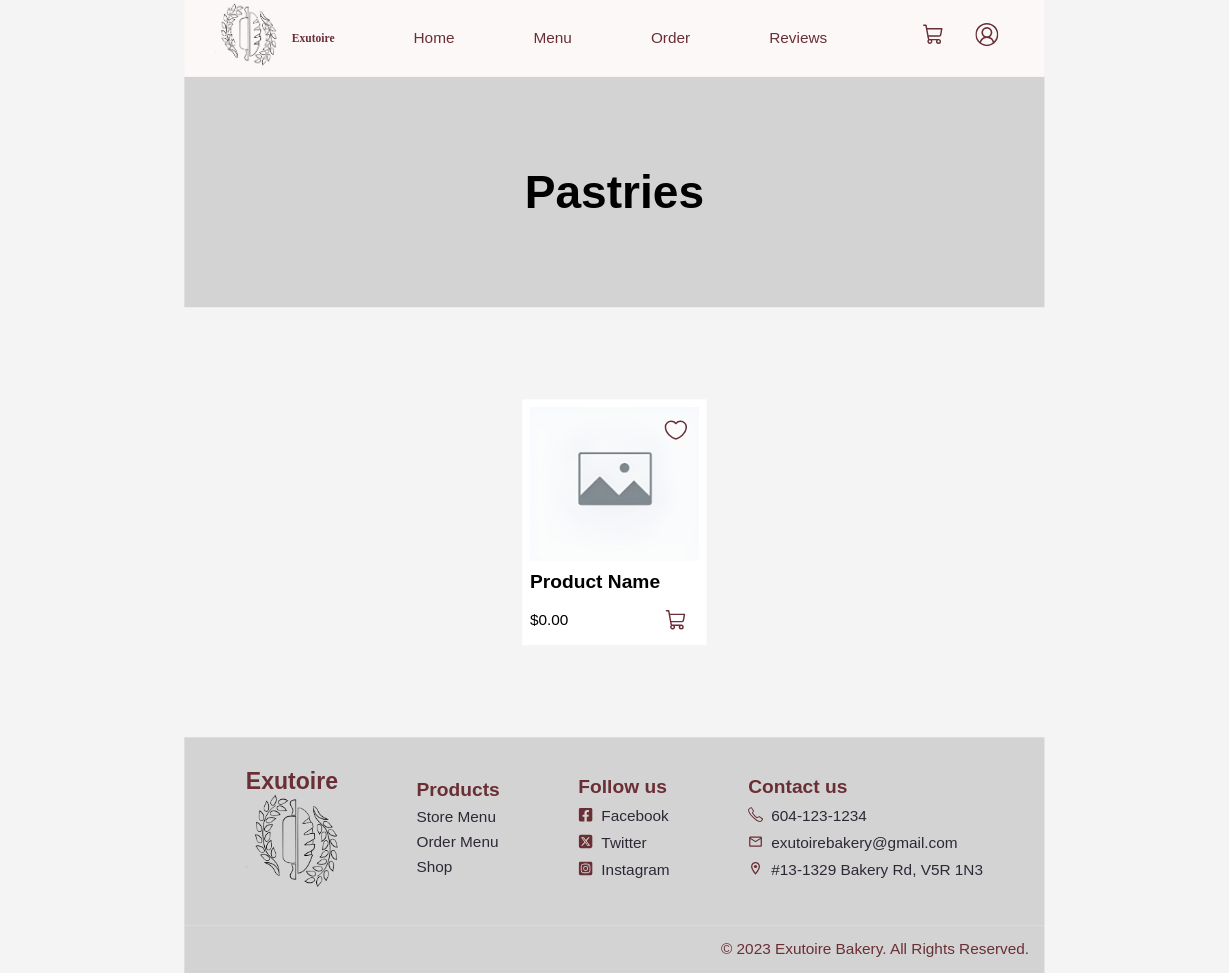
Repository: MelissaJacobi/COMP3170-final-proj
Page: /menu/pastries
An editor plug-in stored every save of this project. The page is shown before and after the next save, followed by the edit.
The browser window is 1280 px wide. The pictures show the whole page, at 96% of full size.
The project was rebuilt for these pictures with package versions that can differ from the ones it lists, and the page was loaded fresh each time. Also part of the build but not shown: vite.config.js, src/pages/ShoppingCart.module.css, src/components/ShoppingCartCard.module.css, src/components/ShoppingCartCard.jsx, src/components/OrderTotal.jsx, src/pages/ShoppingCart.jsx, src/pages/Profile.module.css, src/pages/Profile.jsx and 34 more.

Above is the page before, as saved 2024-11-09 19:40:29.

### src/main.jsx
import { StrictMode } from 'react'
import { createRoot } from 'react-dom/client'
import App from './App.jsx'
import './index.css'

const rootElement = document.getElementById('root');
if (rootElement) {
  createRoot(rootElement).render(
    <StrictMode>
      <App />
    </StrictMode>
  );
}

### src/App.jsx
import { BrowserRouter as Router, Routes, Route } from 'react-router-dom';
import styles from './App.module.css';
import Header from './components/Header';
import Footer from './components/Footer';
import Home from './pages/Home';
import Menu from './pages/menu';
import Bread from './pages/Bread';
import Pastries from './pages/Pastries';
import Cakes from './pages/Cakes';
import Drinks from './pages/Drinks';
import Seasonal from './pages/Seasonal';
import OrderPickUp from './pages/OrderPickUp';
import OrderDelivery from './pages/OrderDelivery';
import ShoppingCart from './pages/ShoppingCart';
import Profile from './pages/Profile';
import Reviews from './pages/Reviews';
import Favourites from './pages/Favourites';

function App() {
  return (
    <Router>
      <div className={styles.appContainer}>
        <Header />
        <Routes>
          <Route path="/" element={<Home />} />
          <Route path="/menu" element={<Menu />} />
          <Route path="/menu/bread" element={<Bread />} />
          <Route path="/menu/pastries" element={<Pastries />} />
          <Route path="/menu/cakes" element={<Cakes />} />
          <Route path="/menu/drinks" element={<Drinks />} />
          <Route path="/menu/seasonal" element={<Seasonal />} />
          <Route path="/orderpickup" element={<OrderPickUp />} />
          <Route path="/orderdelivery" element={<OrderDelivery />} />
          <Route path="/shoppingcart" element={<ShoppingCart/>}/>
          <Route path="/profile" element={<Profile />}/>
          <Route path="/Reviews" element={<Reviews />}/>
          <Route path="/Favourites" element={<Favourites />} />
        </Routes>
        <Footer />
      </div>
    </Router>
  );
}

export default App;

### src/index.css
* {
  margin: 0;
  padding: 0;
  box-sizing: border-box;
}

body {
  font-family: Arial, sans-serif;
  line-height: 1.6;
  background-color: #f4f4f4;
}

:root {
  --primary-color: lightgrey;
  --secondary-color: lightblue;
  --accent-color: #6A2E35;
  --background-color: white;
  --text-color: #2E2836;
}

### src/App.module.css
.appContainer {
    width: 70%;
    height: 100%;
    margin: auto;
}

### src/components/Header.jsx
// Header.tsx
import { Link, Route, Router, Routes } from 'react-router-dom';
import styles from './Header.module.css';
import logo from "../assets/images/logo.png";
import { PiShoppingCart } from "react-icons/pi";
import { VscAccount } from "react-icons/vsc";
import OverallCart from '../pages/ShoppingCart';
import Profile from '../pages/Profile';

export default function Header() {
  return (
    <div className={styles.container}>
      <div>
        <Link to ="/"><img src={logo} alt="Logo" className={styles.logo} /></Link>
        <p className={styles.siteTitle}>Exutoire</p>
      </div>
      <Link to="/" className={styles.links}>Home</Link>
      <Link to="/Menu" className={styles.links}>Menu</Link>
      <Link to="/OrderPickUp" className={styles.links}>Order</Link>
      <Link to="/Reviews" className={styles.links}>Reviews</Link>
      <div>
        <Link to="/ShoppingCart">
          <PiShoppingCart className={styles.icon} />
        </Link>
        <Link to="/Profile">
          <VscAccount className={styles.icon} />
        </Link>
      </div>
    </div>
  );
}

### src/components/Footer.tsx
import logo from "../assets/images/logo.png"
import styles from "./Footer.module.css"
import { FaFacebookSquare } from "react-icons/fa";
import { FaSquareXTwitter } from "react-icons/fa6";
import { FaInstagramSquare } from "react-icons/fa";
import { SlPhone } from "react-icons/sl";
import { MdOutlineMailOutline } from "react-icons/md";
import { MdOutlineLocationOn } from "react-icons/md";

export default function Footer() {

  return (
    <>
      <div className={styles.container}>
        <div>
            <p className={styles.siteTitle}>Exutoire</p>
            <img src={logo} alt="Logo" className={styles.logo}/>
        </div>
        <ul>
          <p>Products</p>
          <li>Store Menu</li>
          <li>Order Menu</li>
          <li>Shop</li>
        </ul>
        <ul>
          <p>Follow us</p>
          <li><FaFacebookSquare className={styles.socialIcon}/>Facebook</li>
          <li><FaSquareXTwitter className={styles.socialIcon}/>Twitter</li>
          <li><FaInstagramSquare className={styles.socialIcon}/>Instagram</li>
        </ul>
        <ul>
          <p>Contact us</p>
          <li><SlPhone  className={styles.socialIcon}/>604-123-1234</li>
          <li><MdOutlineMailOutline className={styles.socialIcon}/>exutoirebakery@gmail.com</li>
          <li><MdOutlineLocationOn className={styles.socialIcon}/>#13-1329 Bakery Rd, V5R 1N3</li>
        </ul>
      </div>
      <p className={styles.copywrite}>© 2023 Exutoire Bakery.  All Rights Reserved.</p>
    </>
  )
}

### src/pages/Pastries.jsx
import Product from "../components/Product";
import styles from "./Bread.module.css"

export default function Pastries() {
    return (
      <div className={styles.container}>
        <div className={styles.banner}>
            <h1>Pastries</h1>
        </div>
        <div className={styles.products}>
            <Product />
        </div>

      </div>
    );
  }

### src/components/Header.module.css
.container {
    background-color: rgba( 255, 250, 250, 0.7);
    width: 100%;
    height: 5rem;
    display: flex;
    align-items: center;
    justify-content: space-between;
    padding: 2rem;
    position: sticky;
    top: 0;
    z-index: 1000;
}

.logo {
    height: 4rem;
    width: 4rem;
}

.siteTitle {
    font-size: 12px;
    font-style: normal;
    font-weight: 900;
    line-height: normal;
    margin-left: 1rem;
    color: var(--accent-color);
    font-family: "Frances", serif;
    text-decoration: none;
}

.container div {
    display: flex;
    align-items: center;
}

.links {
    font-size: 16px;
    font-style: normal;
    font-weight: 400;
    line-height: normal;
    color: var(--accent-color);
    text-decoration: none;
}

.links:hover {
    text-shadow: 2px 2px 5px var(--accent-color);
}

.icon {
    height: 1.5rem;
    width: 1.5rem;
    margin: 1rem;
    color: var(--accent-color)
}

.icon:hover {
    cursor: pointer;
    filter: drop-shadow(1px 1px 3px var(--accent-color));
}

### src/components/Footer.module.css
.container {
    background-color: var(--primary-color);
    height: 100%;
    width: 100%;
    display: flex;
    flex-wrap: wrap;
    align-items: center;
    justify-content: space-between;
    padding: 2rem 4rem;
}

.container div{
    text-align: center;
}

.logo {
    width: 6rem;
    height: 6rem;
}

.siteTitle {
    font-size: 24px;
    font-style: normal;
    font-weight: 700;
    line-height: normal;
    color: var(--accent-color)
}

.container ul p {
    color: var(--accent-color);
    font-size: 20px;
    font-style: normal;
    font-weight: 700;
    line-height: normal;
}

.container ul li {
    font-size: 16px;
    font-style: normal;
    font-weight: 400;
    line-height: normal;
    margin: 0.5rem 0rem;
    padding: 0;
    list-style-type: none;
    color: var(--text-color)
}

.socialIcon {
    transform: translateY(0.1rem);
    color: var(--accent-color);
    margin-right: 0.5rem;
}

.copywrite {
    width: 100%;
    text-align: right;
    padding: 1rem;
    font-size: 16px;
    font-style: normal;
    font-weight: 400;
    line-height: normal;
    color: var(--accent-color);
    background-color: var(--primary-color);
}

### src/components/Product.jsx
import { useState } from "react";
import styles from './Product.module.css';
import placeholder from "../assets/images/placeholder.jpg";
import { PiShoppingCart } from "react-icons/pi";
import Heart from "../assets/images/Heart.svg";

export default function Product() {
  const [showPopup, setShowPopup] = useState(false);
  const [selectedSize, setSelectedSize] = useState("8\"");
  const [quantity, setQuantity] = useState(1);

  const handleContainerClick = () => {
    setShowPopup(true);
  };

  const handleClosePopup = () => {
    setShowPopup(false);
  };

  const handleOverlayClick = (e) => {
    if (e.target.classList.contains(styles.popupOverlay)) {
      handleClosePopup();
    }
  };

  const handleSizeChange = (e) => {
    setSelectedSize(e.target.value);
  };

  const handleAddQuantity = () => {
    setQuantity((prevQuantity) => prevQuantity + 1);
  };

  const handleSubtractQuantity = () => {
    setQuantity((prevQuantity) => (prevQuantity > 1 ? prevQuantity - 1 : 1)); // Prevents quantity from going below 1
  };

  return (
    <div>
      <div className={styles.container} onClick={handleContainerClick}>
        <img src={placeholder} className={styles.productImg} alt="Product" />
        <img src={Heart} className={styles.heartIcon} alt="Heart Icon" />
        <p className={styles.productName}>Product Name</p>
        <div className={styles.infoAndCart}>
          <p>$0.00</p>
          <PiShoppingCart className={styles.icon} />
        </div>
      </div>

      {showPopup && (
        <div className={styles.popupOverlay} onClick={handleOverlayClick}>
          <div className={styles.popup}>
            <p className={styles.popupProductName}>Product Name</p>
            <img src={placeholder} className={styles.popupImg} alt="Product" />
            <p className={styles.popupDescription}>Product details and description go here.</p>
            <div className={styles.menuAndPrice}>
              <select
                id="sizeSelect"
                value={selectedSize}
                onChange={handleSizeChange}
                className={styles.sizeSelect}
              >
                <option value="8">8"</option>
                <option value="12">12"</option>
                <option value="16">16"</option>
              </select>
              <p className={styles.popupPrice}>$0.00</p>
            </div>
            <div className={styles.quantityAndAddBtn}>
              <div className={styles.quantity}>
                <button className={styles.subtractBtn} onClick={handleSubtractQuantity}>
                  &#8722;
                </button>
                <p>{quantity}</p>
                <button className={styles.addBtn} onClick={handleAddQuantity}>
                  &#43;
                </button>
              </div>
              <button className={styles.addToCart}>Add to Cart</button>
            </div>

          </div>
        </div>
      )}
    </div>
  );
}

### src/pages/Bread.module.css
.container {
    width: 100%;
}

.banner {
    width: 100%;
    height: 15rem;
    display: flex;
    justify-content: center;
    align-items: center;
    background-color: var(--primary-color);
}

.container h1 {
    font-size: 48px;
    font-style: normal;
    font-weight: 700;
    line-height: normal;
}

.products {
    width: 100%;
    display: flex;
    flex-wrap: wrap;
    justify-content: space-around;
    padding: 5rem;
}

### src/components/Product.module.css
.container {
    height: 16rem;
    width: 12rem;
    margin: 1rem;
    display: flex;
    flex-wrap: wrap;
    justify-content: center;
    background-color: white;
    padding: 0.5rem;
}

.productImg {
    height: 10rem;
    width: 100%;
    object-fit: cover;
}

.productName {
    font-size: 20px;
    font-style: normal;
    font-weight: 700;
    line-height: normal;
    width: 100%;
}

.infoAndCart {
    display: flex;
    justify-content: space-between;
    align-items: center;
    width: 100%;
}

.icon {
    height: 1.5rem;
    width: 1.5rem;
    color: var(--accent-color);
    margin-right: 0.75rem;
}

.heartIcon {
    height: 1.5rem;
    width: 1.5rem;
    color: var(-accent-color);
    position: absolute;
    margin-left: 8rem;
    margin-top: 0.75rem;
}

.container {
    cursor: pointer;
  }

  /* Popup overlay styling */
  .popupOverlay {
    position: fixed;
    top: 0;
    left: 0;
    width: 100%;
    height: 100%;
    background-color: rgba(0, 0, 0, 0.7);
    display: flex;
    align-items: center;
    justify-content: center;
    z-index: 1000;
  }

  /* Popup styling */
  .popup {
    position: absolute;
    background-color: #fff;
    padding: 2rem;
    border-radius: 8px;
    max-width: 400px;
  }


  .popupImg {
    width: 100%;
    height: auto;
    margin-bottom: 1rem;
  }

  .popupProductName {
    font-size: 1.2rem;
    font-weight: bold;
    margin-bottom: 0.5rem;
  }

  .popupPrice {
    font-size: 1rem;
    color: #666;
    margin-bottom: 1rem;
  }

  .popupDescription {
    font-size: 0.9rem;
    color: #333;
  }

  .sizeSelect {
    width: 4rem;
  }

  .menuAndPrice {
    display: flex;
    justify-content: space-between;
  }


  .quantity {
    display: flex;
    align-items: center;
    justify-content: center;
}

.quantity p {
    margin: 1rem;
}

.addBtn {
    display: flex;
    justify-content: center;
    align-items: center;
    background-color: inherit;
    border: 1.5px solid #6A2E35;
    color: #6A2E35;
    font-weight: bold;
    border-top-right-radius: 30px;
    border-bottom-right-radius: 30px;
    width: 50px;
    height: 40px;
    margin-right: 0.1rem;
    font-size: 2.5rem;
    font-weight: 100;
}

.subtractBtn {
    display: flex;
    justify-content: center;
    align-items: center;
    background-color: inherit;
    border: 1.5px solid #6A2E35;
    color: #6A2E35;
    font-weight: bold;
    border-top-left-radius: 30px;
    border-bottom-left-radius: 30px;
    width: 50px;
    height: 40px;
    margin-left: 0.1rem;
    font-size: 2.5rem;
    font-weight: 100;
}

.addBtn:hover, .subtractBtn:hover {
    background-color: #6A2E35;
    color: #ffff;
}

.quantityAndAddBtn {
    display: flex;
    justify-content: space-between;
}

.addToCart {
    width: 8rem;
}

### src/components/OrderTotal.module.css
.orderTotalContainer {
    display: flex;
    flex-direction: column;
    justify-content: flex-end;
    align-items: flex-end;
}

.subtotal, .tax, .grandTotal {
    display: flex;
    flex-direction: row;
    justify-content: space-around;
    width: 55%;
    margin: 0.5rem;
}

.grandTotal {
    font-size: 40px;
    font-weight: 300;
}

.line {
    background-color: #9a9a9a;
    height: 0.2rem;
    width: 55%;
}

.lineThin {
    background-color: #9a9a9a;
    height: 0.1rem;
    width: 55%;
}

.btns, Link {
    display: flex;
    justify-content: center;
    align-items: center;
    width: 30%;
    margin-bottom: 1rem;
}

.backBtn {
    background-color: inherit;
    color: #6A2E35;
}

.checkoutBtn {
    display: flex;
    justify-content: center;
    align-items: center;
    background-color: #6A2E35;
    height: 2.7rem;
    border-radius: 0;
    text-decoration: none;
}

.backBtn:hover {
    background-color: inherit;
    color: black;
}

.checkoutBtn:hover {
    background-color: var(--accent-color);
    box-shadow: 1px 1px 4px grey;
}

### src/pages/Reviews.module.css
.container {
    width: 100%;
}

.banner {
    width: 100%;
    height: 15rem;
    display: flex;
    justify-content: center;
    align-items: center;
    background-color: var(--primary-color);
}

.container h1 {
    font-size: 48px;
    font-style: normal;
    font-weight: 700;
    line-height: normal;
}

.reviews {
    width: 100%;
    display: flex;
    justify-content: center;
    flex-wrap: wrap;
    margin: 2rem 0;
}


.reviewFormContainer {
    margin: 40px;
  }

  .reviewForm {
    background-color: #f9f9f9;
    padding: 20px;
    box-shadow: 0 2px 10px rgba(0, 0, 0, 0.1);
  }

  .formGroup {
    margin-bottom: 15px;
  }

  input[type="text"],
  input[type="email"],
  textarea,
  select {
    width: 100%;
    padding: 10px;
    border: 1px solid #ddd;
    border-radius: 5px;
    font-size: 16px;
  }

  button {
    width: 100%;
    padding: 10px;
    background-color: #28a745;
    color: white;
    border: none;
    border-radius: 5px;
    font-size: 16px;
    cursor: pointer;
  }

  button:hover {
    background-color: #218838;
  }

  .reviews {
    margin-top: 20px;
  }

  .review {
    display: flex;
    align-items: flex-start;
    margin-bottom: 20px;
  }

### src/components/PickUpInformation.module.css
.formContainer {
  padding: 20px;
  margin: 0 auto;
}

h2 {
  margin-bottom: 20px;
  text-align: left;
  font-weight: 600;
  font-size: 1.5em;
  font-family: var(--heading-text);
  color: var(--text-color);
}

form {
  display: flex;
  flex-direction: column;
}

.inputRow {
  display: flex;
  justify-content: space-between;
  gap: 10px;
}

input, select {
  width: 100%;
  padding: 10px;
  margin-bottom: 15px;
  border: 1px solid #ccc;
  border-radius: 0 !important;
  font-size: 14px;
  box-sizing: border-box;
}

input[type="tel"],
input[type="email"],
input[type="text"] {
  width: 100%;
}

.button {
  width: 100%;
  padding: 15px;
  background-color: var(--accent-color);
  color: #fff;
  border: none;
  border-radius: 0;
  cursor: pointer;
  font-size: 16px;
  text-align: center;
  transition: background-color 0.3s ease;
  font-family: "Poppins", serif;
}

.button:hover {
  background-color: var(--accent-color);
}

.checkboxRow {
  display: flex;
  align-items: center;
  justify-content: flex-start;
  gap: 10px;
  margin-bottom: 20px;
}

.checkboxInput {
  width: auto;
}

.checkboxLabel {
  margin-left: 0;
  white-space: nowrap;
  margin-bottom: 15px;
}

Loaded but not shown: index.html (common file)

After the next save:
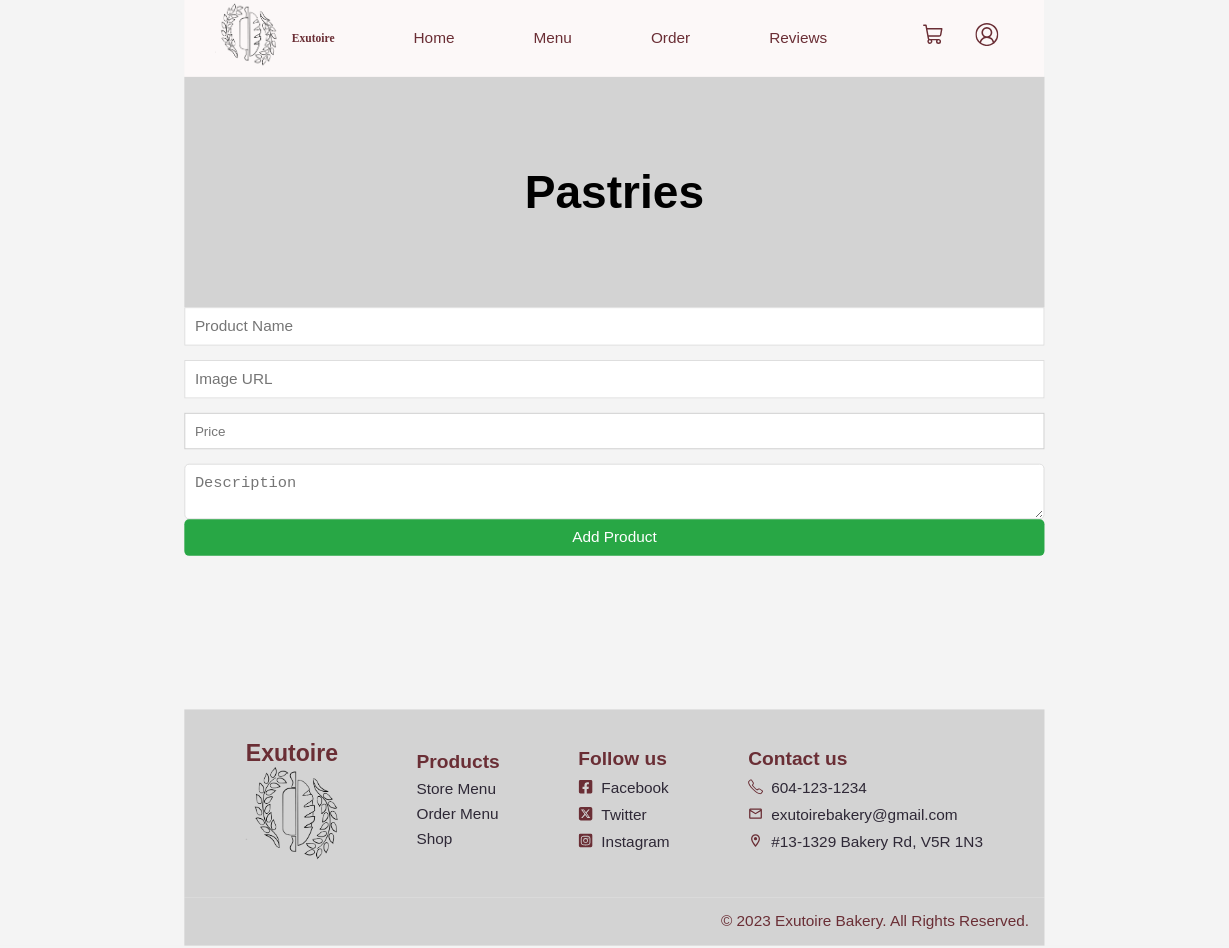
Saved 3 h 3 min later.
--- a/src/pages/Pastries.jsx
+++ b/src/pages/Pastries.jsx
@@ -1,16 +1,83 @@
+import { useState } from "react";
 import Product from "../components/Product";
-import styles from "./Bread.module.css"
+import styles from "./Bread.module.css";
 
 export default function Pastries() {
-    return (
-      <div className={styles.container}>
-        <div className={styles.banner}>
-            <h1>Pastries</h1>
-        </div>
-        <div className={styles.products}>
-            <Product />
-        </div>
+  const [products, setProducts] = useState([]);
+  const [formData, setFormData] = useState({
+    name: "",
+    imageUrl: "",
+    price: "",
+    description: ""
+  });
 
+  const handleChange = (e) => {
+    const { name, value } = e.target;
+    setFormData((prevData) => ({
+      ...prevData,
+      [name]: value
+    }));
+  };
+
+  const handleSubmit = (e) => {
+    e.preventDefault();
+    const newProduct = {
+      id: Date.now(),
+      ...formData,
+      price: parseFloat(formData.price)
+    };
+    setProducts((prevProducts) => [...prevProducts, newProduct]);
+    setFormData({ name: "", imageUrl: "", price: "", description: "" });
+  };
+
+  return (
+    <div className={styles.container}>
+      <div className={styles.banner}>
+        <h1>Pastries</h1>
       </div>
-    );
-  }
+
+      {/* Product Creation Form */}
+      <form onSubmit={handleSubmit} className={styles.productForm}>
+        <input
+          type="text"
+          name="name"
+          value={formData.name}
+          onChange={handleChange}
+          placeholder="Product Name"
+          required
+        />
+        <input
+          type="text"
+          name="imageUrl"
+          value={formData.imageUrl}
+          onChange={handleChange}
+          placeholder="Image URL"
+          required
+        />
+        <input
+          type="number"
+          name="price"
+          value={formData.price}
+          onChange={handleChange}
+          placeholder="Price"
+          required
+        />
+        <textarea
+          name="description"
+          value={formData.description}
+          onChange={handleChange}
+          placeholder="Description"
+          required
+        ></textarea>
+        <button type="submit">Add Product</button>
+      </form>
+
+      {/* Display Products */}
+      <div className={styles.products}>
+        {products.map((product) => (
+          <Product key={product.id} {...product} />
+        ))}
+      </div>
+    </div>
+  );
+}
